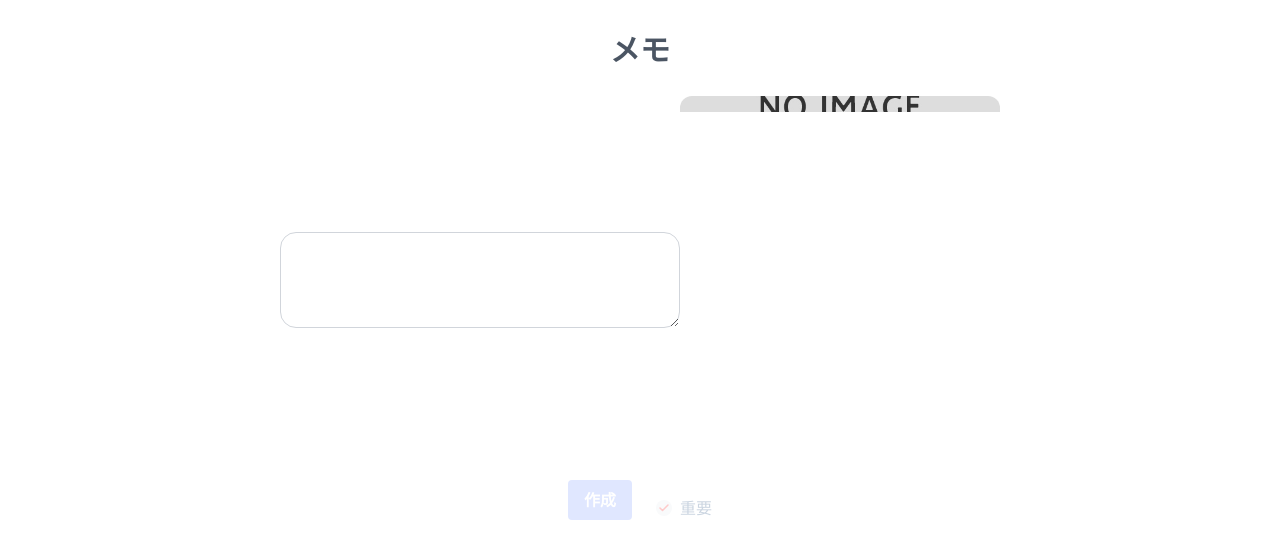
Repository: 1718wani/tsmemoapp
Page: /
The author's editor kept a copy of each file at every save. The page is drawn from the files as they stood at one save, then again after the next save.
The browser window is 1280 px wide. The pictures show the whole page.
The project was rebuilt for these pictures with package versions that can differ from the ones it lists, and the page was loaded fresh each time. Also part of the build but not shown: webpack.config.js.

Above is the page before, as saved 2023-06-11 16:31:33.

### src/index.tsx
import React from 'react';
import ReactDOM from 'react-dom/client';
import { hydrateRoot } from 'react-dom/client';
import './index.css';
import App from './App';
import  "../src/input.css"


const root = ReactDOM.createRoot(
  document.getElementById('root') as HTMLElement
);
root.render(
  <React.StrictMode>
    <App />
  </React.StrictMode>
);

// const container = document.getElementById("root");
// hydrateRoot(container!, <App />);

### src/App.tsx
import React, { FC, useState } from "react";
import "./App.css";
import { type } from "os";
import dayjs, { Dayjs } from "dayjs";
import brankImage from "../src/images/noImage.jpeg";

function App() {
  const [inputValue, setInputValue] = useState("");
  const [notes, setNotes] = useState<Note[]>([]);
  const [imagePreview, setImagePreview] = useState<string | undefined>();
  const [isImportant, setIsImportant] = useState(false);

  type Note = {
    inputValue: string;
    id: number;
    checked: boolean;
    createdDate: Dayjs;
    imageUrl?: string;
    isImportant: boolean;
  };

  const handleChange = (e: React.ChangeEvent<HTMLTextAreaElement>) => {
    setInputValue(e.target.value);
  };

  const handleTagBtn = () => {
    if (isImportant) setIsImportant(false);
    else setIsImportant(true);
  };

  const handleSubmit = (e: React.FormEvent<HTMLFormElement>) => {
    e.preventDefault();

    const newNote: Note = {
      inputValue: inputValue,
      id: notes.length,
      checked: false,
      createdDate: dayjs(),
      imageUrl: imagePreview,
      isImportant: false,
    };

    if (isImportant) newNote.isImportant = true;

    setNotes([newNote, ...notes]);
    setImagePreview(undefined);
    setInputValue("");
    setIsImportant(false);
  };

  const handlePaste = (event: React.ClipboardEvent<HTMLTextAreaElement>) => {
    const items = event.clipboardData?.items;
    console.log(items);

    if (items) {
      for (let i = 0; i < items.length; i++) {
        const item = items[i];
        if (item.type.indexOf("image") !== -1) {
          console.log(item);
          const file = item.getAsFile();
          const blob = new Blob([file!], { type: file!.type });
          const imageUrl = URL.createObjectURL(blob);
          setImagePreview(imageUrl);
        }
      }
    }
  };

  return (
    <div>
      <div>
        <h2 className="font-bold text-center text-gray-600 text-3xl mt-8 mb-7">
          メモ
        </h2>
        <div>
          <form
            onSubmit={(e) => handleSubmit(e)}
            className="flex flex-col items-center"
          >
            <div className="flex w-3/4 items-center justify-center">
              <textarea
                value={inputValue}
                onPaste={handlePaste}
                onChange={(e) => handleChange(e)}
                className="border border-gray-300 focus:border-blue-500 h-24 w-5/12 rounded-2xl p-3 mb-4"
              />
              <div className="flex-shrink-0 relative w-full rounded-t-xl overflow-hidden pt-[40%] sm:rounded-l-xl sm:max-w-[15rem]  md:max-w-xs">
                <img
                  className="w-full h-4 absolute top-0 left-0 object-cover"
                  src={!imagePreview ? brankImage : imagePreview}
                alt="Description"
                />
              </div>

            </div>
            <div className="flex flex-row">
              {inputValue.length > 0 ? (
                <button
                  type="submit"
                  className="bg-indigo-700 hover:bg-indigo-500  font-semibold text-white py-2 px-4 rounded"
                >
                  作成
                </button>
              ) : (
                <button
                  type="submit"
                  className="bg-indigo-100   font-semibold text-white py-2 px-4 rounded"
                  disabled
                >
                  作成
                </button>
              )}

              {isImportant ? (
                <button type="button" onClick={handleTagBtn}>
                  <span className="text-red-500 bg-red-100 w-4 h-4 mr-2 mt-5 rounded-full inline-flex items-center justify-center ml-6">
                    <svg
                      fill="none"
                      stroke="currentColor"
                      stroke-linecap="round"
                      stroke-linejoin="round"
                      stroke-width="3"
                      className="w-3 h-3"
                      viewBox="0 0 24 24"
                    >
                      <path d="M20 6L9 17l-5-5"></path>
                    </svg>
                  </span>
                  <text>重要</text>
                </button>
              ) : (
                <button type="button" onClick={handleTagBtn}>
                  <span className=" text-red-200 bg-gray-50 w-4 h-4 mr-2 mt-5 rounded-full inline-flex items-center justify-center ml-6">
                    <svg
                      fill="none"
                      stroke="currentColor"
                      stroke-linecap="round"
                      stroke-linejoin="round"
                      stroke-width="3"
                      className="w-3 h-3"
                      viewBox="0 0 24 24"
                    >
                      <path d="M20 6L9 17l-5-5"></path>
                    </svg>
                  </span>
                  <text className="font-color text-slate-300">重要</text>
                </button>
              )}
            </div>
          </form>
        </div>

        <div>
          {imagePreview && <img src={imagePreview} alt="Pasted preview" />}
        </div>

        <section className="text-gray-600 body-font">
          <div className="container px-5 py-24 w-9/12 mx-auto">
            <div className="flex flex-wrap -mx-4 -my-8">
              {notes.map((todo) => (
                <div
                  className="py-6 px-4 w-full border rounded-xl m-5"
                  key={todo.id}
                >
                  <div className="h-full flex items-start">
                    <div className="w-12 flex-shrink-0 flex flex-col text-center leading-none">
                      <span className="text-gray-700 pb-2 mb-2 border-b-2 border-gray-200">
                        {todo.createdDate.month()}
                      </span>
                      <span className="font-medium text-lg text-gray-500  leading-none">
                        {todo.createdDate.date()}
                      </span>
                    </div>
                    <div className="flex-grow pl-6">
                      <p className="leading-relaxed mb-3">{todo.inputValue}</p>

                      <span className="flex">
                        {todo.imageUrl && (
                          <span>
                            <span className="bg-indigo-100 text-indigo-500 w-4 h-4 mr-2 rounded-full inline-flex items-center justify-center">
                              <svg
                                fill="none"
                                stroke="currentColor"
                                stroke-linecap="round"
                                stroke-linejoin="round"
                                stroke-width="3"
                                className="w-3 h-3"
                                viewBox="0 0 24 24"
                              >
                                <path d="M20 6L9 17l-5-5"></path>
                              </svg>
                            </span>
                            画像ファイル
                          </span>
                        )}

                        {todo.isImportant ? (
                          <span>
                            <span className=" text-red-500 bg-red-100 w-4 h-4 mr-2 rounded-full inline-flex items-center justify-center ml-3">
                              <svg
                                fill="none"
                                stroke="currentColor"
                                stroke-linecap="round"
                                stroke-linejoin="round"
                                stroke-width="3"
                                className="w-3 h-3"
                                viewBox="0 0 24 24"
                              >
                                <path d="M20 6L9 17l-5-5"></path>
                              </svg>
                            </span>
                            重要
                          </span>
                        ) : (
                          <span>
                            <span className=" text-red-200 bg-gray-50 w-4 h-4 mr-2 rounded-full inline-flex items-center justify-center ml-3">
                              <svg
                                fill="none"
                                stroke="currentColor"
                                stroke-linecap="round"
                                stroke-linejoin="round"
                                stroke-width="3"
                                className="w-3 h-3"
                                viewBox="0 0 24 24"
                              >
                                <path d="M20 6L9 17l-5-5"></path>
                              </svg>
                            </span>
                            <text className="font-color text-slate-300">
                              重要
                            </text>
                          </span>
                        )}
                      </span>
                    </div>
                  </div>
                </div>
              ))}
            </div>
          </div>
        </section>
      </div>
    </div>
  );
}

export default App;

### src/input.css
@tailwind base;
@tailwind components;

.btn{
    @apply font-semibold text-white py-2 px-4 rounded;
}

@tailwind utilities;

Loaded but not shown: public/index.html (common file); src/index.css (common file); src/App.css (common file); tailwind.config.js (common file)

After the next save:
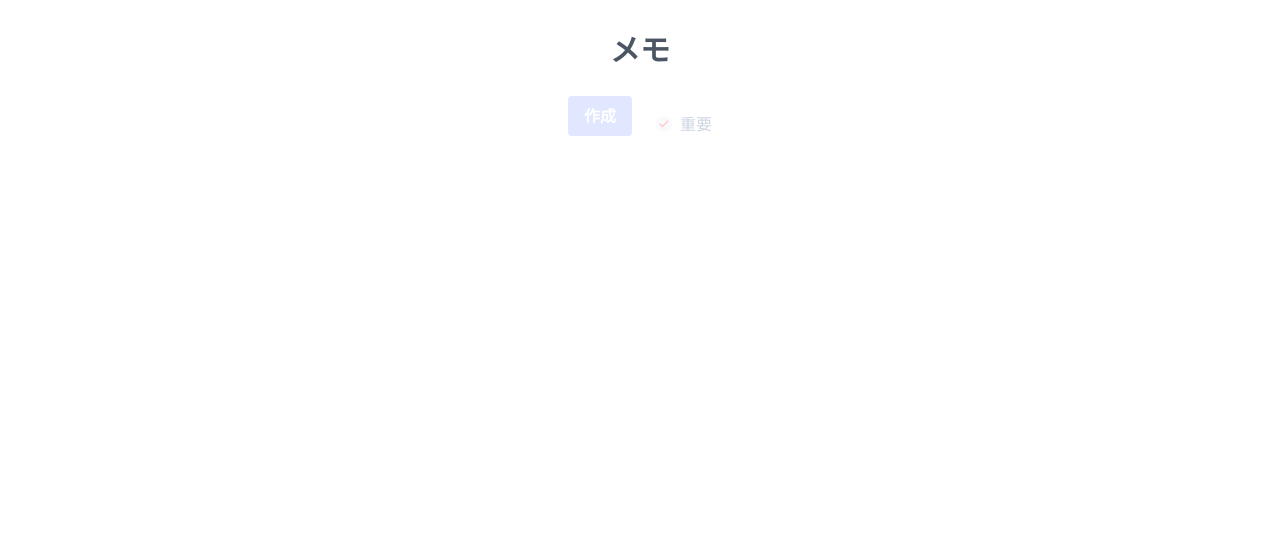
Saved 104 s later.
--- a/src/App.tsx
+++ b/src/App.tsx
@@ -77,7 +77,7 @@ function App() {
             onSubmit={(e) => handleSubmit(e)}
             className="flex flex-col items-center"
           >
-            <div className="flex w-3/4 items-center justify-center">
+            {/* <div className="flex w-3/4 items-center justify-center">
               <textarea
                 value={inputValue}
                 onPaste={handlePaste}
@@ -92,7 +92,7 @@ function App() {
                 />
               </div>
 
-            </div>
+            </div> */}
             <div className="flex flex-row">
               {inputValue.length > 0 ? (
                 <button
